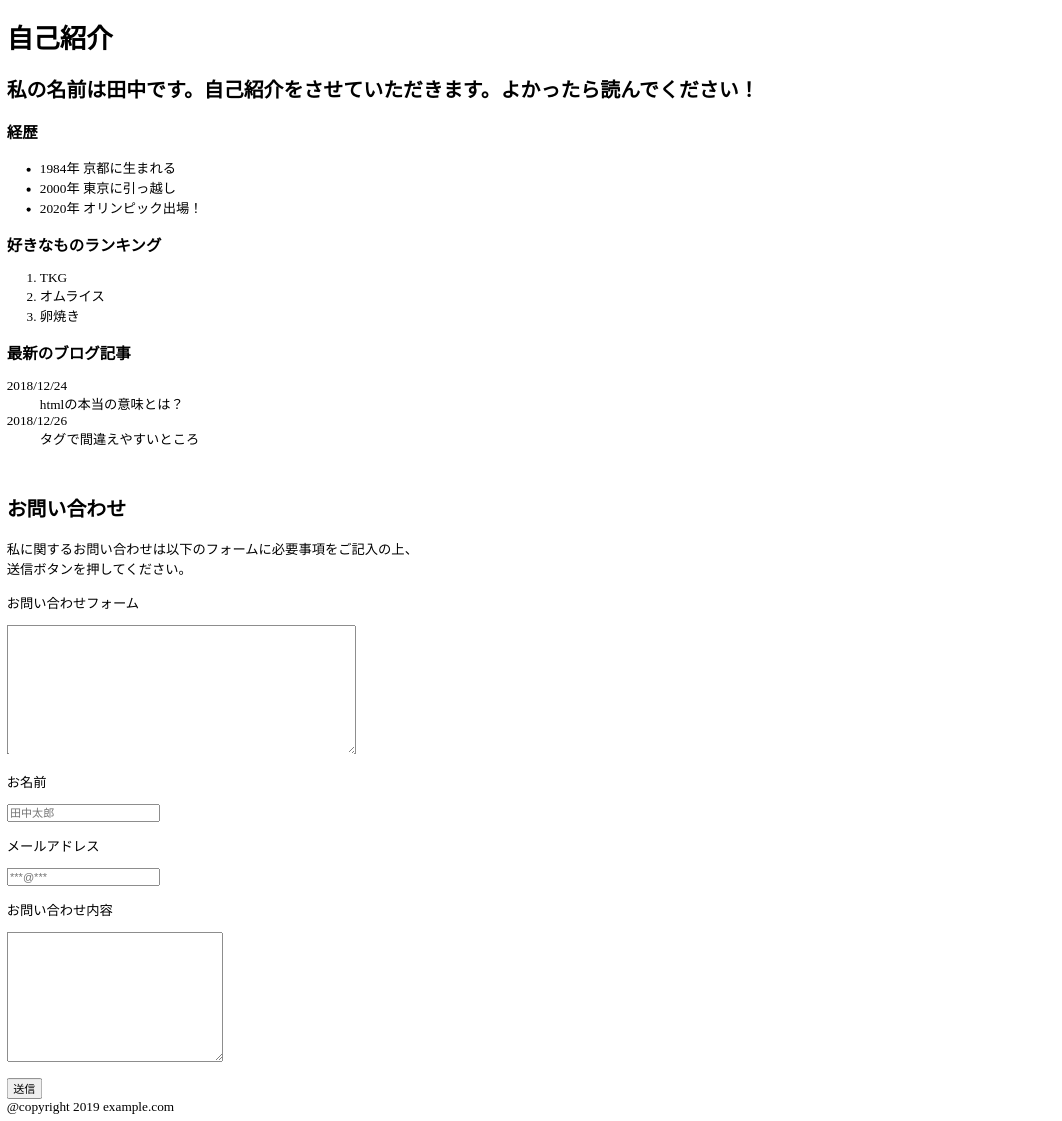
Repository: wairoku/suretigai1
Page: jack.html
These files come from the project's save history. The page is drawn as it stood at one moment and after the next save; the edit follows.
The browser window is 1280 px wide. The pictures show the whole page, at 83% of full size.

Above is the page before, as saved 2019-01-02 20:31:59.

### jack.html
<!DOCTYPE html>

    <head>
      <meta charset='utf-8'>
    </head>
<body>

<h1>自己紹介</h1>
<h2>私の名前は田中です。自己紹介をさせていただきます。よかったら読んでください！</h2>


    <h3>経歴</h3>
<div>
    <ul>
        <li>1984年 京都に生まれる</li>
        <li>2000年 東京に引っ越し</li>
        <li>2020年 オリンピック出場！</li>
   </ul>
</div>

    <h3>好きなものランキング</h3>
<div>
    <ol>
        <li>TKG</li>
        <li>オムライス</li>
        <li>卵焼き</li>
    </ol>
</div>

    <h3>最新のブログ記事</h3>
<dl>
    <dt>2018/12/24<dt>
        <dd>htmlの本当の意味とは？</dd>
    <dt>2018/12/26<dt>
        <dd>タグで間違えやすいところ</dd>
</dl>


<br>

 <h2>お問い合わせ</h2>
私に関するお問い合わせは以下のフォームに必要事項をご記入の上、<br>
送信ボタンを押してください。

<p>お問い合わせフォーム</p>
<textarea name="" id="" cols="50" rows="10"></textarea>

<p>お名前</p>
<input type="text" placeholder="田中太郎">


<p>メールアドレス</p>
<input type="text" placeholder="***@***">


<p>お問い合わせ内容</p>
<textarea name="" id="" cols="30" rows="10"></textarea></p>
<input type="button" value="送信">


<footer>@copyright 2019 example.com</footer>


</body>

After the next save:
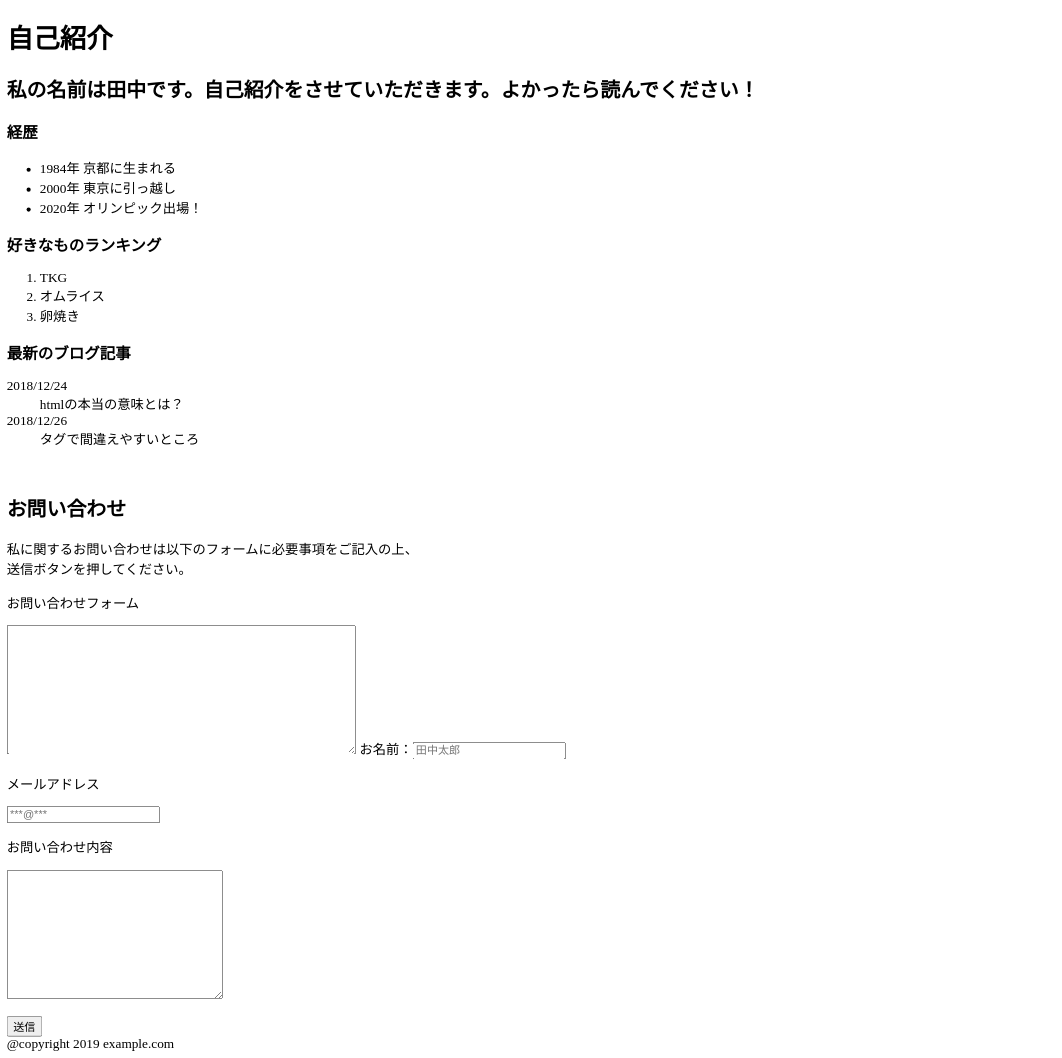
Saved 4 min 30 s later.
--- a/jack.html
+++ b/jack.html
@@ -45,8 +45,7 @@
 <p>お問い合わせフォーム</p>
 <textarea name="" id="" cols="50" rows="10"></textarea>
 
-<p>お名前</p>
-<input type="text" placeholder="田中太郎">
+お名前：<input type="text" placeholder="田中太郎">
 
 
 <p>メールアドレス</p>
